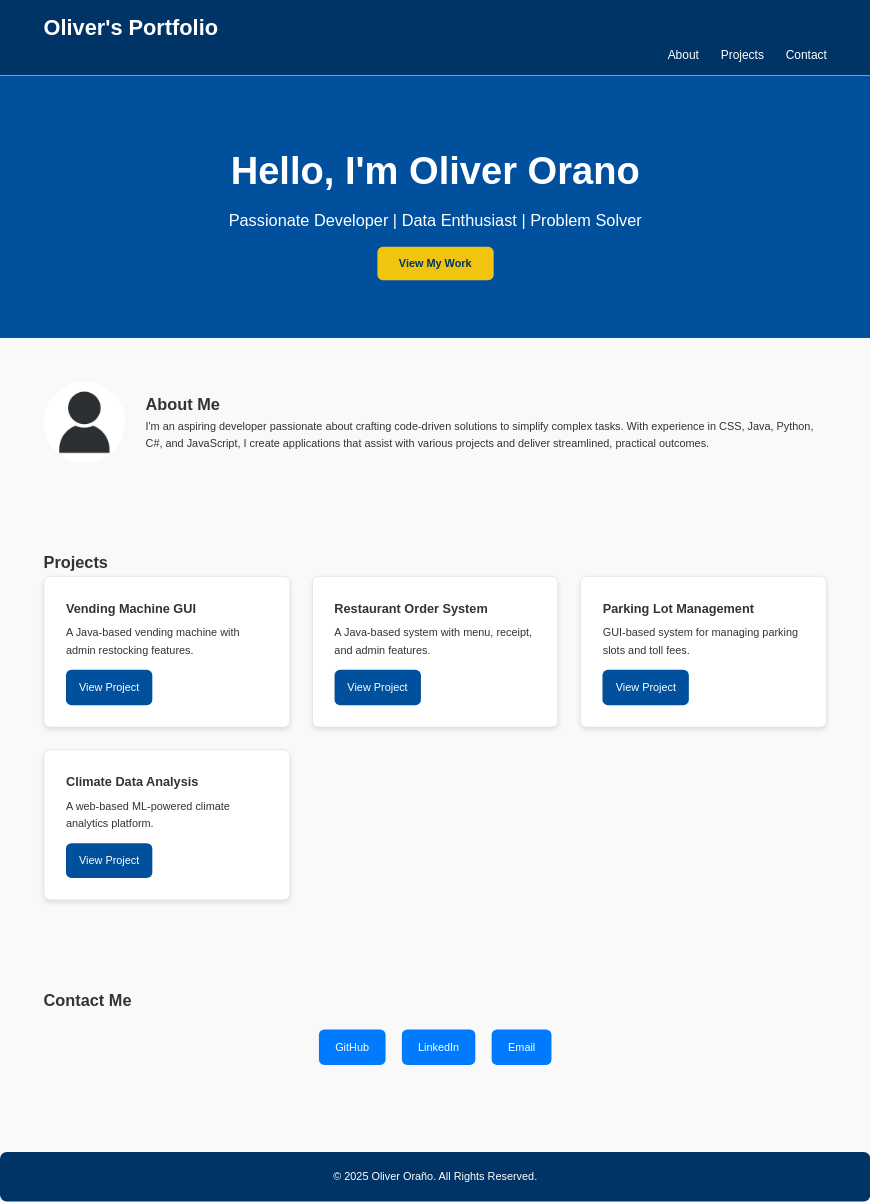
Repository: nightmar3fuel/portfolio.html
Page: my.html
An editor plug-in stored every save of this project. The page is shown before and after the next save, followed by the edit.
The browser window is 1280 px wide. The pictures show the whole page, at 68% of full size.

Above is the page before, as saved 2025-02-06 14:50:52.

### my.html
<!DOCTYPE html>
<html lang="en">

<head>
    <meta charset="UTF-8">
    <meta name="viewport" content="width=device-width, initial-scale=1.0">
    <title>Oliver's Portfolio</title>
    <link rel="stylesheet" href="styles.css">
</head>

<body>
    <header>
        <nav class="navbar">
            <div class="container">
                <h1 class="logo">Oliver's Portfolio</h1>
                <ul class="nav-links">
                    <li><a href="#about">About</a></li>
                    <li><a href="#projects">Projects</a></li>
                    <li><a href="#contact">Contact</a></li>
                </ul>
            </div>
        </nav>
    </header>

    <main>
        <section id="hero">
            <div class="hero-container">
                <h2>Hello, I'm Oliver Orano</h2>
                <p>Passionate Developer | Data Enthusiast | Problem Solver</p>
                <a href="#projects" class="cta-button">View My Work</a>
            </div>
        </section>

        <section id="about">
            <div class="container about-container">
                <img src="human.jpg" alt="Profile Picture" class="profile-pic">
                <div>
                    <h2>About Me</h2>
                    <p>I'm an aspiring developer passionate about crafting code-driven solutions to simplify complex tasks. With experience in CSS, Java, Python, C#, and JavaScript, I create applications that assist with various projects and deliver streamlined,
                        practical outcomes.</p>
                </div>
            </div>
        </section>

        <section id="projects">
            <div class="container">
                <h2>Projects</h2>
                <div class="project-grid">
                    <div class="project-card">
                        <h3>Vending Machine GUI</h3>
                        <p>A Java-based vending machine with admin restocking features.</p>
                        <a href="#" target="_blank" class="project-link">View Project</a>
                    </div>
                    <div class="project-card">
                        <h3>Restaurant Order System</h3>
                        <p>A Java-based system with menu, receipt, and admin features.</p>
                        <a href="#" target="_blank" class="project-link">View Project</a>
                    </div>
                    <div class="project-card">
                        <h3>Parking Lot Management</h3>
                        <p>GUI-based system for managing parking slots and toll fees.</p>
                        <a href="#" target="_blank" class="project-link">View Project</a>
                    </div>
                    <div class="project-card">
                        <h3>Climate Data Analysis</h3>
                        <p>A web-based ML-powered climate analytics platform.</p>
                        <a href="#" target="_blank" class="project-link">View Project</a>
                    </div>
                </div>
            </div>
        </section>

        <section id="contact">
            <div class="container">
                <h2>Contact Me</h2>
                <div class="contact-links">
                    <a href="https://github.com/nightmar3fuel" target="_blank">GitHub</a>
                    <a href="https://linkedin.com/in/yourlinkedin" target="_blank">LinkedIn</a>
                    <a href="mailto:oliverorano141@gmail.com">Email</a>
                </div>
            </div>
        </section>
    </main>

    <footer>
        <p>&copy; 2025 Oliver Oraño. All Rights Reserved.</p>
    </footer>

</body>

</html>

### styles.css
/* General Reset */

* {
    margin: 0;
    padding: 0;
    box-sizing: border-box;
}

body {
    font-family: 'Arial', sans-serif;
    background-color: #f9f9f9;
    color: #333;
    line-height: 1.6;
}


/* Navbar */

.navbar {
    background-color: #003366;
    color: white;
    padding: 1rem 0;
    position: sticky;
    top: 0;
    z-index: 1000;
}

.container {
    max-width: 1200px;
    margin: 0 auto;
    padding: 0 1.5rem;
}

.navbar .logo {
    font-size: 2rem;
    font-weight: bold;
}

.nav-links {
    list-style: none;
    display: flex;
    justify-content: flex-end;
}

.nav-links li {
    margin-left: 2rem;
}

.nav-links a {
    color: white;
    text-decoration: none;
    font-size: 1.1rem;
    transition: color 0.3s, transform 0.3s;
}

.nav-links a:hover {
    color: #f1c40f;
    transform: scale(1.05);
}


/* Hero Section */

#hero {
    background-color: #00509e;
    color: white;
    padding: 6rem 0;
    text-align: center;
}

.hero-container h2 {
    font-size: 3.5rem;
    margin-bottom: 0.5rem;
}

.hero-container p {
    font-size: 1.5rem;
    margin-bottom: 2rem;
}

.cta-button {
    background-color: #f1c40f;
    color: #003366;
    padding: 1rem 2rem;
    text-decoration: none;
    font-weight: bold;
    border-radius: 8px;
    transition: background-color 0.3s, transform 0.3s;
}

.cta-button:hover {
    background-color: #003366;
    color: white;
    transform: scale(1.05);
}


/* Section Styling */

section {
    padding: 4rem 0;
}


/* Project Section */

.project-grid {
    display: grid;
    grid-template-columns: repeat(auto-fit, minmax(300px, 1fr));
    gap: 2rem;
}

.project-card {
    background: white;
    padding: 2rem;
    border: 1px solid #ddd;
    border-radius: 10px;
    box-shadow: 0 4px 8px rgba(0, 0, 0, 0.1);
    transition: transform 0.3s, box-shadow 0.3s;
}

.project-card:hover {
    transform: translateY(-5px);
    box-shadow: 0 8px 16px rgba(0, 0, 0, 0.2);
}

.project-card h3 {
    margin-bottom: 0.5rem;
}

.project-card p {
    margin-bottom: 1rem;
}

.project-link {
    text-decoration: none;
    background-color: #00509e;
    color: white;
    padding: 0.8rem 1.2rem;
    border-radius: 8px;
    display: inline-block;
    transition: background-color 0.3s, transform 0.3s;
}

.project-link:hover {
    background-color: #003366;
    transform: scale(1.05);
}


/* Contact Section */

.contact-links {
    display: flex;
    justify-content: center;
    gap: 1.5rem;
    margin-top: 1.5rem;
}

.contact-links a {
    text-decoration: none;
    background-color: #007BFF;
    color: white;
    padding: 0.8rem 1.5rem;
    border-radius: 8px;
    transition: background-color 0.2s, transform 0.2s;
}

.contact-links a:hover {
    background-color: #0056b3;
    transform: scale(1.05);
}


/* Footer */

footer {
    background-color: #003366;
    color: white;
    text-align: center;
    padding: 1.5rem 0;
    margin-top: 4rem;
    border-radius: 10px;
}

.about-container {
    display: flex;
    align-items: center;
    gap: 30px;
}

.profile-pic {
    width: 120px;
    height: 120px;
    border-radius: 50%;
    object-fit: cover;
}

@media (max-width: 768px) {
    .about-container {
        flex-direction: column;
        text-align: center;
    }
    .profile-pic {
        width: 100px;
        height: 100px;
    }
}

After the next save:
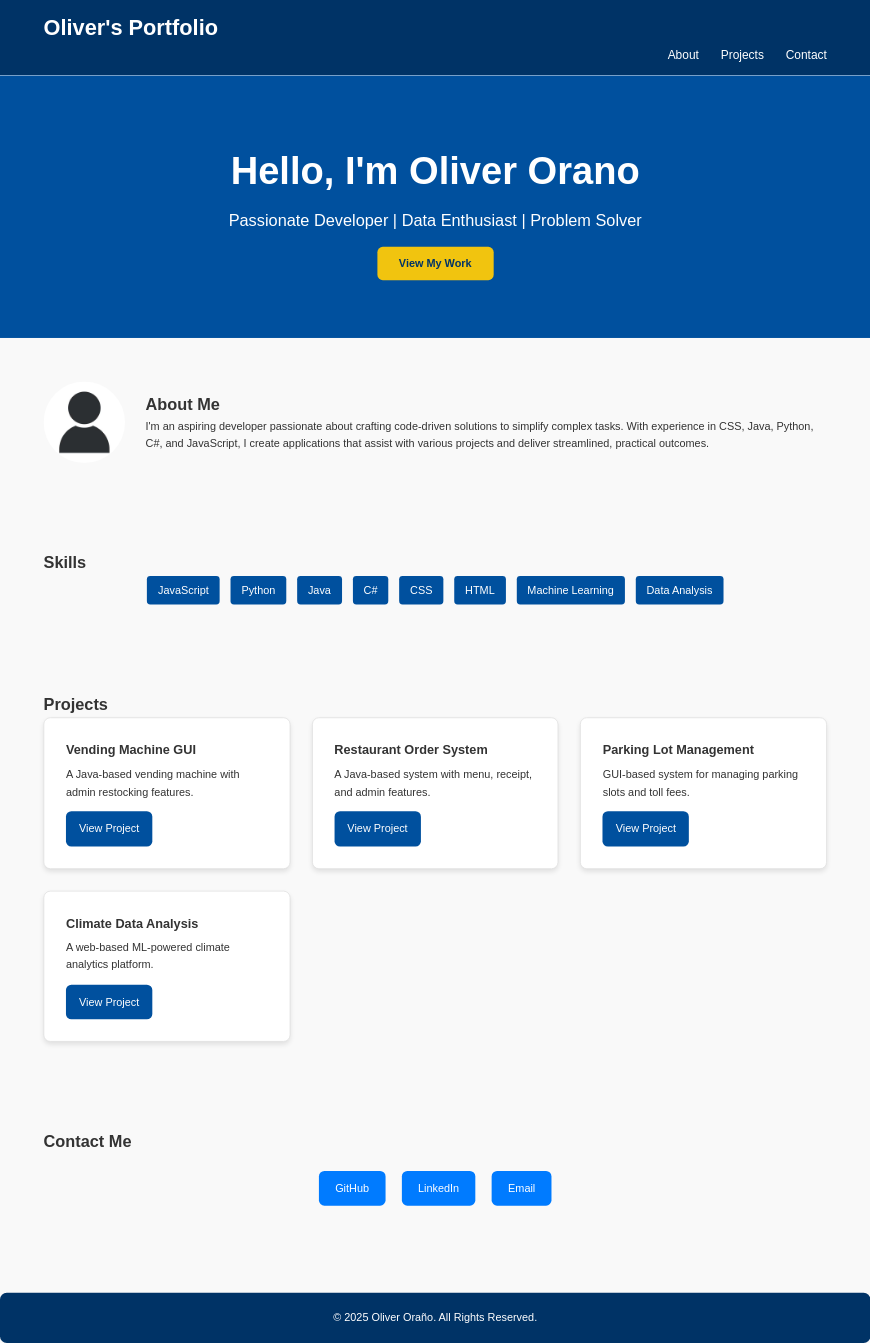
Saved 2 min 59 s later.
--- a/my.html
+++ b/my.html
@@ -39,6 +39,21 @@
                     <p>I'm an aspiring developer passionate about crafting code-driven solutions to simplify complex tasks. With experience in CSS, Java, Python, C#, and JavaScript, I create applications that assist with various projects and deliver streamlined,
                         practical outcomes.</p>
                 </div>
+            </div>
+        </section>
+        <section id="skills">
+            <div class="container">
+                <h2>Skills</h2>
+                <ul class="skills-list">
+                    <li>JavaScript</li>
+                    <li>Python</li>
+                    <li>Java</li>
+                    <li>C#</li>
+                    <li>CSS</li>
+                    <li>HTML</li>
+                    <li>Machine Learning</li>
+                    <li>Data Analysis</li>
+                </ul>
             </div>
         </section>
 
--- a/styles.css
+++ b/styles.css
@@ -206,3 +206,23 @@ footer {
         height: 100px;
     }
 }
+
+.skills-list {
+    list-style: none;
+    display: flex;
+    flex-wrap: wrap;
+    gap: 1rem;
+    justify-content: center;
+}
+
+.skills-list li {
+    background-color: #00509e;
+    color: white;
+    padding: 0.5rem 1rem;
+    border-radius: 5px;
+    transition: background-color 0.3s;
+}
+
+.skills-list li:hover {
+    background-color: #003366;
+}
